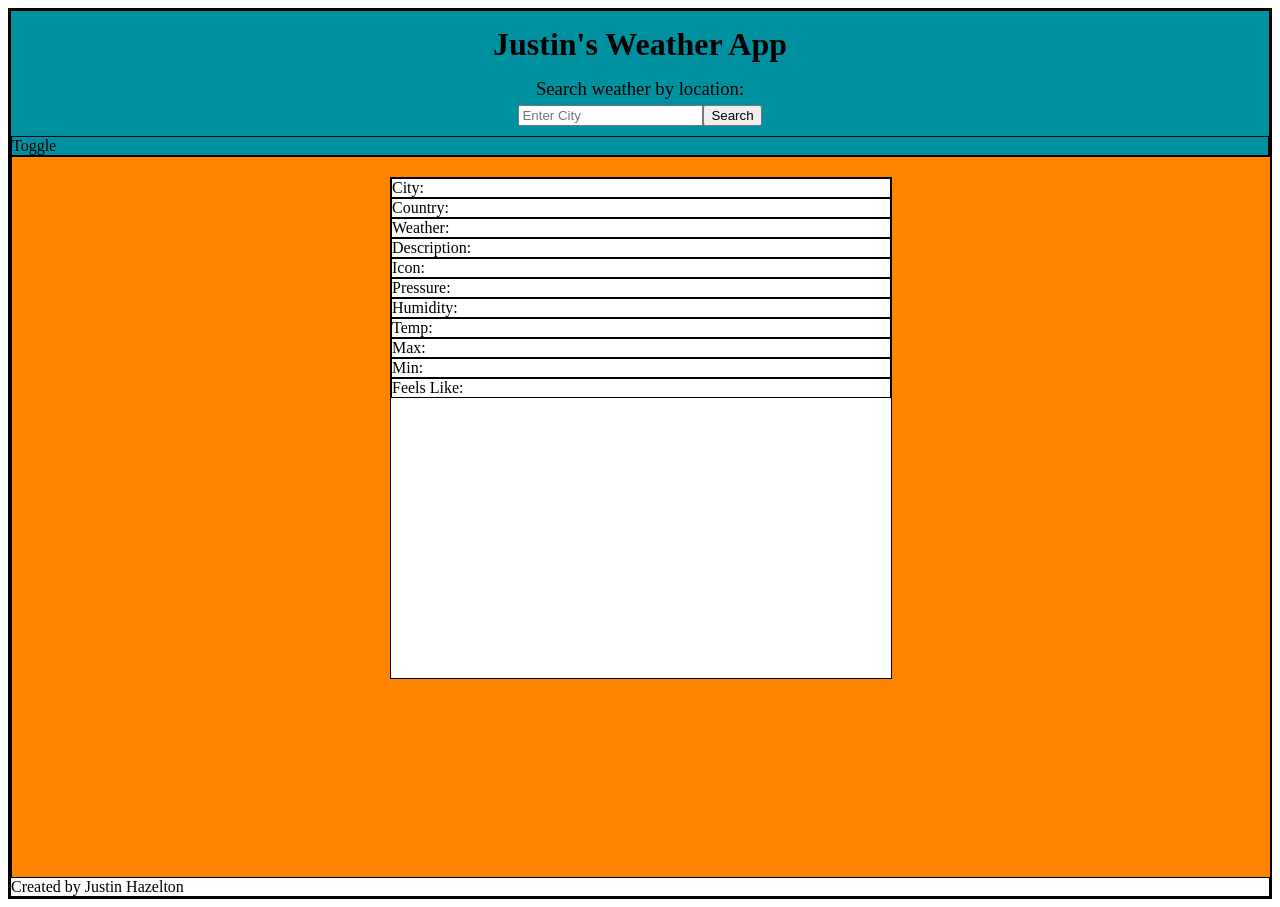
Repository: J-Haze/Weather
Page: /
An editor plug-in stored every save of this project. The page is shown before and after the next save, followed by the edit.
The browser window is 1280 px wide. The pictures show the whole page.
The project was rebuilt for these pictures with package versions that can differ from the ones it lists, and the page was loaded fresh each time. Also part of the build but not shown: src/index.css.

Above is the page before, as saved 2020-09-06 17:35:44.

After the next save:
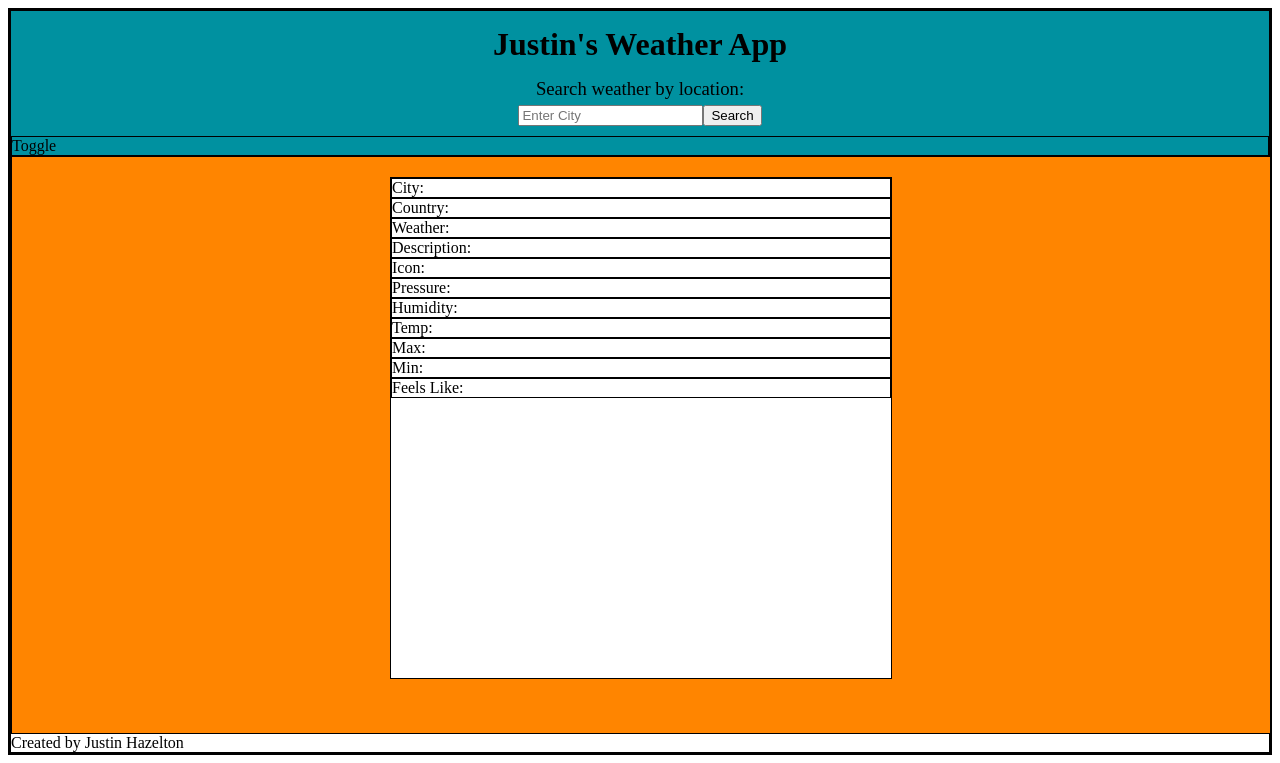
Saved 5 min 5 s later.
--- a/src/App.css
+++ b/src/App.css
@@ -89,7 +89,8 @@ header{
     background-color: var(--orange);
     width: 100%;
     margin-top: 0px;
-    height: 100vh;
+    height: 100%;
+    min-height: 80vh;
 }
 
 
